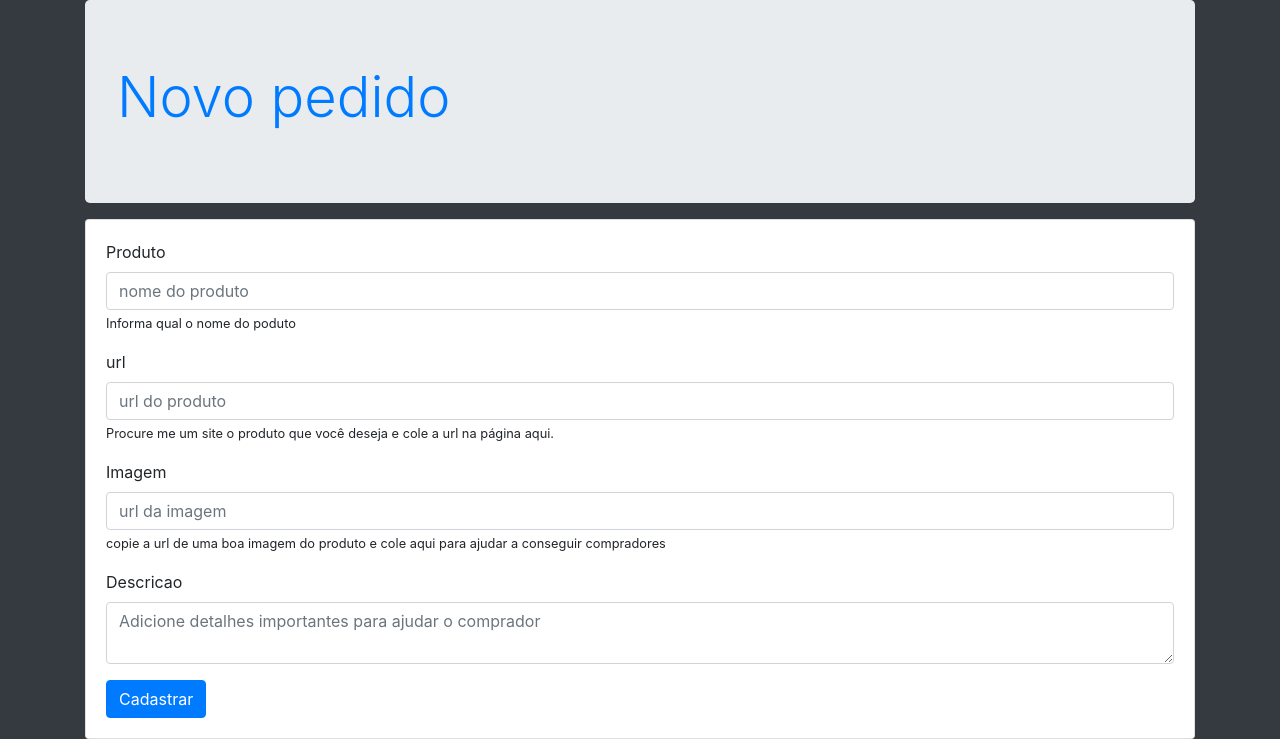
Repository: Erick-Fernandes-dev/Spring_MVC_Part2
Page: http://localhost/pedido/formulario
An editor plug-in stored every save of this project. The page is shown before and after the next save, followed by the edit.
The browser window is 1280 px wide. The pictures show the whole page.
The page is this project's Thymeleaf template; nobody is signed in. The template is opened directly, without the code that normally fills it, so the values that code supplies are empty.

Above is the page before, as saved 2022-05-26 18:15:07.

### mudi/src/main/resources/templates/pedido/formulario.html
<!DOCTYPE html>
<html>
<head>
<meta charset="UTF-8">
<title>Insert title here</title>
<link rel="stylesheet"
	href="https://stackpath.bootstrapcdn.com/bootstrap/4.5.2/css/bootstrap.min.css"
	integrity="sha384-JcKb8q3iqJ61gNV9KGb8thSsNjpSL0n8PARn9HuZOnIxN0hoP+VmmDGMN5t9UJ0Z"
	crossorigin="anonymous">
</head>
</head>
<body class="bg-dark">

	<div class="container">

		<div class="jumbotron mb-0">

			<h1 class="display-4 text-primary" >Novo pedido</h1>

		</div>

		<div class="card mt-3">
			<form th:object = "${requisicaoNovoPedido}" class = "card-body" action="/pedido/novo" method="post">

				<div class="form-group">

					<label for="nomeProduto">Produto</label>
					<input th:field = "*{nomeProduto}" th:errorclass = "is-invalid" class = "form-control" placeholder="nome do produto">
					<small>Informa qual o nome do poduto</small>

					<div class="invalid-feedback"  th:errors = "*{nomeProduto}">
						Erros do nome do produto
					</div>

				</div>

				<div class="form-group">

					<label for="urlProduto">url</label>
					<input th:field = "*{urlProduto}" th:errorclass = "is-invalid" class = "form-control" placeholder="url do produto">
					<small>Procure me um site o produto que você deseja e cole a url na página aqui. </small>

					<div class="invalid-feedback" th:errors = "*{urlProduto}">
						Erros da url do produto
					</div>

				</div>


				<div class="form-group">

					<label for="urlImagem">Imagem</label>
					<input th:field = "*{urlImagem}" th:errorclass = "is-invalid" class = "form-control" placeholder="url da imagem">
					<small>copie a url de uma boa imagem do produto e cole aqui para ajudar a conseguir compradores</small>
					<div class="invalid-feedback" th:errors = "*{urlImagem}">
						Erros da url da imagem
					</div>

				</div>

				<div class="form-group">

					<label for="descricao">Descricao</label>
					<textarea th:field = "*{descricao}" class = "form-control" placeholder="Adicione detalhes importantes para ajudar o comprador"></textarea>

				</div>

				<button class="btn btn-primary" type="submit">Cadastrar</button>

			</form>
		</div>
	</div>
</body>

</html>

After the next save:
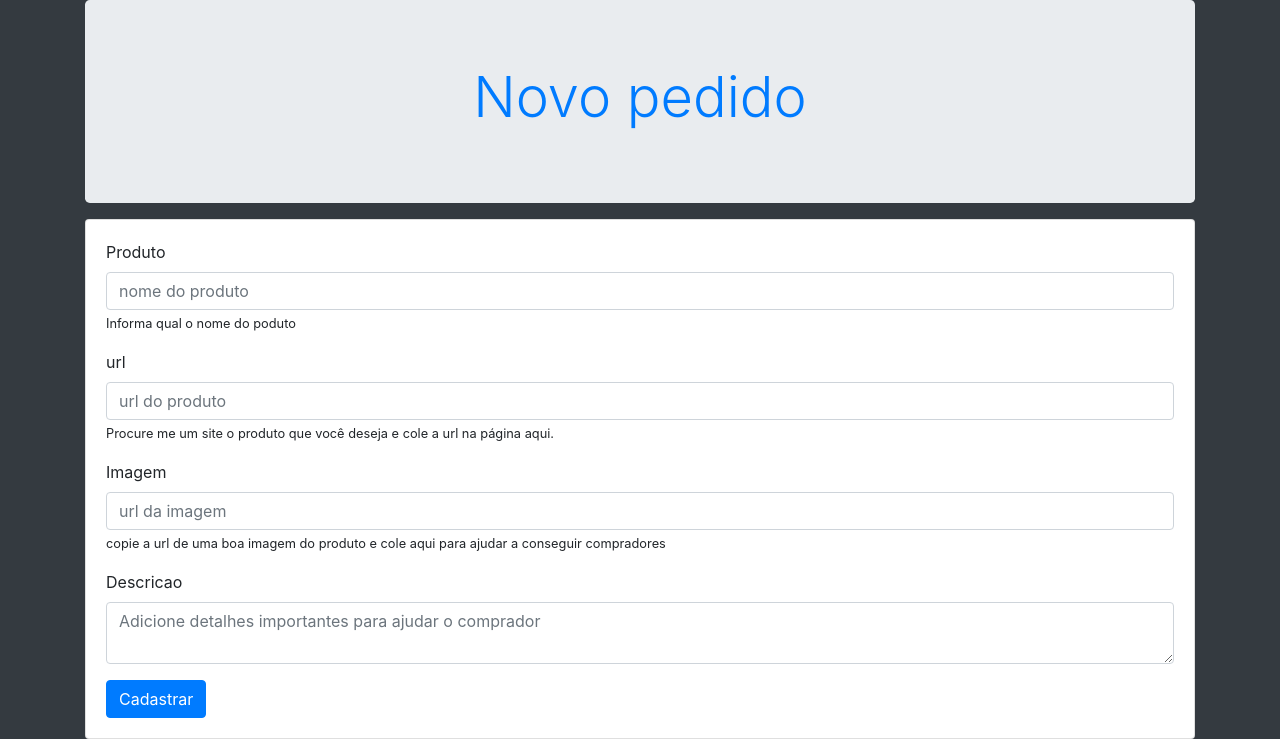
Saved 62 s later.
--- a/mudi/src/main/resources/templates/pedido/formulario.html
+++ b/mudi/src/main/resources/templates/pedido/formulario.html
@@ -15,7 +15,7 @@
 
 		<div class="jumbotron mb-0">
 
-			<h1 class="display-4 text-primary" >Novo pedido</h1>
+			<h1 class="display-4 text-primary" style="text-align: center;">Novo pedido</h1>
 
 		</div>
 
